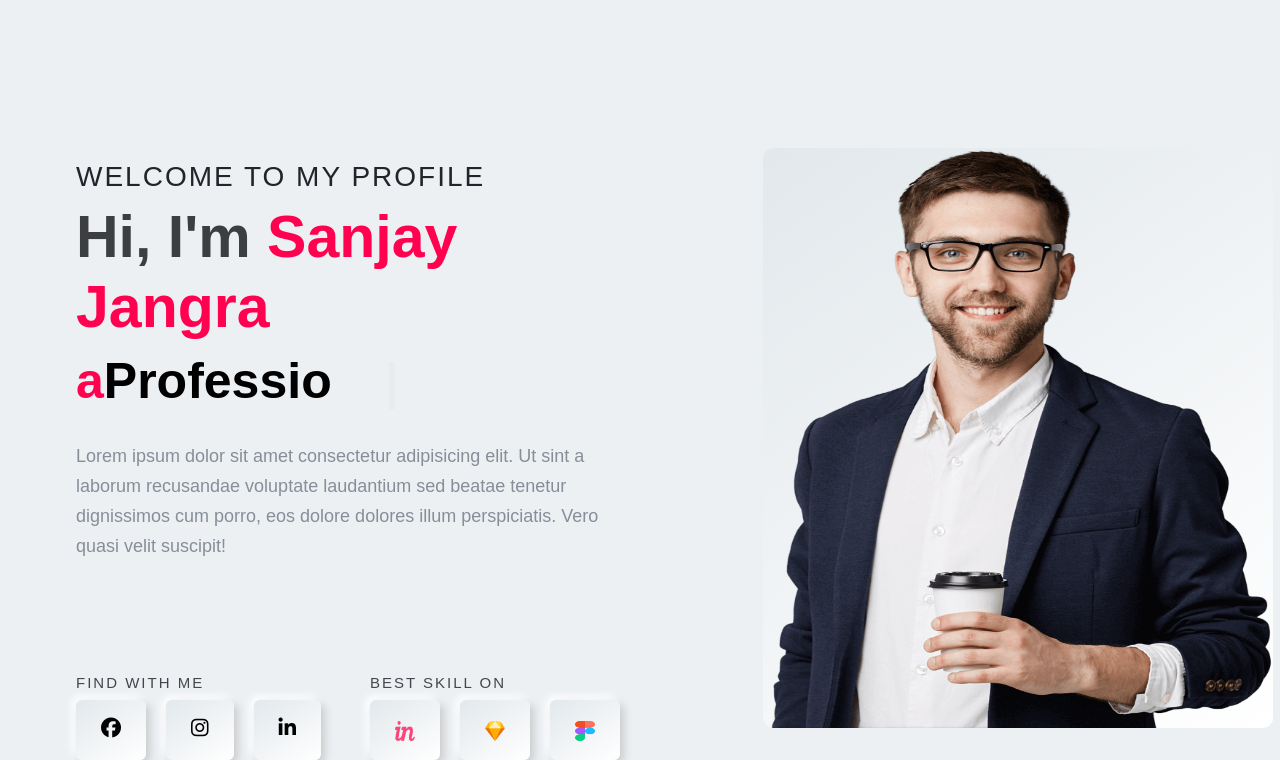
Repository: Sanjayjangra88/PortFolio
Page: /
These files come from the project's save history. The page is drawn as it stood at one moment and after the next save; the edit follows.
The browser window is 1280 px wide. The pictures show the whole page.
Some web libraries are served in a nearby version. The project was rebuilt for these pictures with package versions that can differ from the ones it lists, and the page was loaded fresh each time. Also part of the build but not shown: src/Components/Header/Header.jsx.

Above is the page before, as saved 2022-09-10 21:48:57.

### public/index.html
<!DOCTYPE html>
<html lang="en">
  <head>
    <meta charset="utf-8" />
    <link rel="icon" href="%PUBLIC_URL%/favicon.ico" />
    <meta name="viewport" content="width=device-width, initial-scale=1" />
    <meta name="theme-color" content="#000000" />
    <meta
      name="description"
      content="Web site created using create-react-app"
    />
    <link rel="apple-touch-icon" href="%PUBLIC_URL%/logo192.png" />
    <!--
      manifest.json provides metadata used when your web app is installed on a
      user's mobile device or desktop. See https://developers.google.com/web/fundamentals/web-app-manifest/
    -->
    <link rel="manifest" href="%PUBLIC_URL%/manifest.json" />
    <link rel="stylesheet" href="https://cdnjs.cloudflare.com/ajax/libs/font-awesome/6.1.1/css/all.min.css" integrity="sha512-KfkfwYDsLkIlwQp6LFnl8zNdLGxu9YAA1QvwINks4PhcElQSvqcyVLLD9aMhXd13uQjoXtEKNosOWaZqXgel0g==" crossorigin="anonymous" referrerpolicy="no-referrer" />

    <!--
      Notice the use of %PUBLIC_URL% in the tags above.
      It will be replaced with the URL of the `public` folder during the build.
      Only files inside the `public` folder can be referenced from the HTML.

      Unlike "/favicon.ico" or "favicon.ico", "%PUBLIC_URL%/favicon.ico" will
      work correctly both with client-side routing and a non-root public URL.
      Learn how to configure a non-root public URL by running `npm run build`.
    -->

    <link rel="manifest" href="%PUBLIC_URL%/manifest.json" />
    <link href="https://cdn.jsdelivr.net/npm/bootstrap@5.0.2/dist/css/bootstrap.min.css" rel="stylesheet" integrity="sha384-EVSTQN3/azprG1Anm3QDgpJLIm9Nao0Yz1ztcQTwFspd3yD65VohhpuuCOmLASjC" crossorigin="anonymous">
    <title>React App</title>
  </head>
  <body>
    <noscript>You need to enable JavaScript to run this app.</noscript>
    <div id="root"></div>
    <script src="https://kit.fontawesome.com/7578c5a215.js" crossorigin="anonymous"></script>
    <!--
      This HTML file is a template.
      If you open it directly in the browser, you will see an empty page.

      You can add webfonts, meta tags, or analytics to this file.
      The build step will place the bundled scripts into the <body> tag.

      To begin the development, run `npm start` or `yarn start`.
      To create a production bundle, use `npm run build` or `yarn build`.
    -->

    <script src="https://cdn.jsdelivr.net/npm/@popperjs/core@2.9.2/dist/umd/popper.min.js" integrity="sha384-IQsoLXl5PILFhosVNubq5LC7Qb9DXgDA9i+tQ8Zj3iwWAwPtgFTxbJ8NT4GN1R8p" crossorigin="anonymous"></script>
<script src="https://cdn.jsdelivr.net/npm/bootstrap@5.0.2/dist/js/bootstrap.min.js" integrity="sha384-cVKIPhGWiC2Al4u+LWgxfKTRIcfu0JTxR+EQDz/bgldoEyl4H0zUF0QKbrJ0EcQF" crossorigin="anonymous"></script>
  </body>
</html>

### src/App.js
import React from 'react'
import Header from './Components/Header/Header';
import "./App.css"
import Home from './Components/Home/Home';
const App = () => {
  return (
    <>
      {/* <Header/> */}
      <Home/>
    </>
  )
}

export default App

### src/App.css
@import url('https://fonts.googleapis.com/css2?family=Dancing+Script&family=EB+Garamond:ital,wght@1,500&family=Roboto+Slab:wght@300&display=swap');
* {
  padding: 0;
  margin: 0;
  box-sizing: border-box;
}
html {
  scroll-behavior: smooth;
}
body {
  font-family: "Poppins", sans-serif;
  background-color: #ecf0f3;
}
.container {
  max-width: 95%;
  margin: auto;
}
.d_flex {
  display: flex;
  justify-content: space-between;
}
.f_flex {
  display: flex;
}
a {
  text-decoration: none;
  color: black;
}
li {
  list-style: none;
}
.uppercase {
  text-transform: uppercase;
}
.capitalize {
  text-transform: capitalize;
}

button {
  border: none;
  outline: none;
  background-color: none;
}

.btn_shadow {
  padding: 18px 25px;
  border-radius: 6px;
  transition: 0.3s all ease;
  cursor: pointer;
  color: #000;
  transition: 0.5s;
}
.btn_shadow {
  background: linear-gradient(145deg, #e2e8ec, #ffffff);
  box-shadow: 4px 4px 8px #cbcbcb, -4px -4px 8px #ffffff;
}
.btn_shadow:hover {
  background: #ff014f;
  color: white;
  transform: translateY(-10px);
}
.box_shodow {
  background: linear-gradient(145deg, #e2e8ec, #ffffff);
  box-shadow: 4px 4px 8px #cbcbcb, -4px -4px 8px #ffffff;
  border-radius: 10px;
}
.row,
.left,
.right {
  width: 50%;
}
.top {
  margin-top: 80px;
}
.mtop {
  margin-top: 40px;
}
.heading {
  margin: 50px 0 50px 0;
}
.heading h4 {
  color: #ff014f;
  letter-spacing: 2px;
  font-weight: 400;
}
.heading h1 {
  font-size: 60px;
  color: #3c3e41;
}
h1 {
  color: #3c3e41;
}
.grid {
  display: grid;
  grid-template-columns: repeat(3, 1fr);
  grid-gap: 35px;
}
p {
  color: #3c3e41;
}
.text-center {
  text-align: center;
}
.primary_color {
  color: #ff014f;
}
textarea,
input {
  width: 100%;
  padding: 20px;
  border-radius: 5px;
  outline: none;
  border: 3px solid #e2e8ec;
  margin-bottom: 20px;
}
/*----------Footer---------*/
footer {
  margin: 20% 0 10% 0;
}
footer p {
  margin-top: 30px;
}
/*----------Footer---------*/
@media (max-width: 768px) {
  .grid {
    grid-template-columns: repeat(2, 1fr);
  }
  .left,
  .right {
    width: 100%;
  }
  }

### src/Components/Home/Home.jsx
import React from 'react'
import './home.css'
import hero from '../Pic/hero.png'
import skill1 from '../Pic/skill1.png'
import skill2 from '../Pic/skill2.png'
import skill3 from '../Pic/skill3.png'

import { Typewriter} from 'react-simple-typewriter'

const Home = () => {
  return (
    <>
      <section className='hero'id='home'>
        <div className="container f_flex top">
            <div className="left top">
                <h3>WELCOME TO MY PROFILE</h3>
                <h1>
                    Hi, I'm <span>Sanjay Jangra</span>
                    </h1>
                <h2>
                    a
                    <span>
                    <Typewriter
            words={['Web Developer', 'Professional Coder.']}
            loop
            cursor
            cursorStyle='|'
            typeSpeed={70}
            deleteSpeed={50}
            delaySpeed={1000}

            />
                        </span></h2>
                        <p>
Lorem ipsum dolor sit amet consectetur adipisicing elit. Ut sint a laborum recusandae voluptate laudantium sed beatae tenetur dignissimos cum porro, eos dolore dolores illum perspiciatis. Vero quasi velit suscipit!
                        </p>
                        <div className='hero_btn d_flex'>
                            <div className="col_1">
                                <h4>FIND WITH ME</h4>
                                <div className="button">
                                    <button className='btn_shadow'>
                                        <i className='fab fa-facebook'></i>
                                    </button>
                                    <button className='btn_shadow'>
                                        <i className='fab fa-instagram'></i>
                                    </button>
                                    <button className='btn_shadow'>
                                        <i className='fab fa-linkedin-in'></i>
                                    </button>
                                </div>
                            </div>
                            <div className="col_1">
                                <h4>BEST SKILL ON</h4>
                                <button className='btn_shadow'>
                                        <img src={skill1}alt=''/>
                                    </button>
                                <button className='btn_shadow'>
                                        <img src={skill2}alt=''/>
                                    </button>
                                <button className='btn_shadow'>
                                        <img src={skill3}alt=''/>
                                    </button>
                            </div>
                        </div>
            </div>
            <div className="right">
                <div className="right_img">
                    <img src={hero}alt=''/>
                </div>
            </div>
        </div>
      </section>
    </>
  )
}

export default Home

### src/Components/Header/header.css

*,
*::after,
*::before{
    box-sizing: border-box;
    padding: 0;
    margin: 0;
}

.html{
    font-size: 62.5%;
}

.navbar input[type="checkbox"],
.navbar .hamburger-lines{
    display: none;
}

.container{
    max-width: 1200px;
    width: 90%;
    margin: auto;
}

.navbar{
    box-shadow: 0px 5px 10px 0px #aaa;
    position: fixed;
    width: 100%;
    background: #FAA7B8;
    color: #000;
    opacity: 0.85;
    z-index: 100;
}

.navbar-container{
    display: flex;
    justify-content: space-between;
    height: 64px;
    align-items: center;
}

.menu-items{
    margin-top: 15px;
    order: 2;
    display: flex;
}
.logo{
    order: 1;
    font-size: 2.3rem;
    margin-bottom: 5px;
}

.menu-items li{
    list-style: none;
    margin-left: 1.5rem;
    font-size: 1.3rem;
}

.navbar a{
    color: #444;
    text-decoration: none;
    font-weight: 500;
    transition: color 0.3s ease-in-out;
}

.navbar a:hover{
    color: #117964;
}
.home-btn:hover {
  background: #ff014f;
  color: white;
}


.home-btn {
  padding: 18px 25px;
  height: 1vh;
  line-height: 1vh;
  font-size: 13px;
  border-radius: 6px;
  transition: 0.3s all ease;
  cursor: pointer;
  height: fit-content;
  color: #ff014f;

}
.home-btn {
  background: linear-gradient(145deg, #e2e8ec, #ffffff);
  box-shadow: 4px 4px 8px #cbcbcb, -4px -4px 8px #ffffff;
}
navbar {
  transition: 0.5s;
  font-size: 13px;
  font-weight: 500;
  letter-spacing: 2px;
}





@media (max-width: 900px){
    .navbar{
        opacity: 0.95;
    }

    .navbar-container input[type="checkbox"],
    .navbar-container .hamburger-lines{
        display: block;
    }

    .navbar-container{
        display: block;
        position: relative;
        height: 64px;
    }

    .navbar-container input[type="checkbox"]{
        position: absolute;
        display: block;
        height: 32px;
        width: 30px;
        top: 20px;
        left: 20px;
        z-index: 5;
        opacity: 0;
        cursor: pointer;
    }

    .navbar-container .hamburger-lines{
        display: block;
        height: 28px;
        width: 35px;
        position: absolute;
        top: 20px;
        left: 20px;
        z-index: 2;
        display: flex;
        flex-direction: column;
        justify-content: space-between;
    }

    .navbar-container .hamburger-lines .line{
        display: block;
        height: 4px;
        width: 100%;
        border-radius: 10px;
        background: #333;
    }

    .navbar-container .hamburger-lines .line1{
        transform-origin: 0% 0%;
        transition: transform 0.3s ease-in-out;
    }

    .navbar-container .hamburger-lines .line2{
        transition: transform 0.2s ease-in-out;
    }

    .navbar-container .hamburger-lines .line3{
        transform-origin: 0% 100%;
        transition: transform 0.3s ease-in-out;
    }

    .navbar .menu-items{
        padding-top: 100px;
        background: #fff;
        height: 100vh;
        max-width: 300px;
        transform: translate(-150%);
        display: flex;
        flex-direction: column;
        margin-left: -40px;
        padding-left: 40px;
        transition: transform 0.5s ease-in-out;
        box-shadow:  5px 0px 10px 0px #aaa;
        overflow: scroll;
    }

    .navbar .menu-items li{
        margin-bottom: 1.8rem;
        font-size: 1.1rem;
        font-weight: 500;
    }

    .logo{
        position: absolute;
        top: 10px;
        right: 15px;
        font-size: 2.5rem;

    }

    .navbar-container input[type="checkbox"]:checked ~ .menu-items{
        transform: translateX(0);
    }

    .navbar-container input[type="checkbox"]:checked ~ .hamburger-lines .line1{
        transform: rotate(45deg);
    }

    .navbar-container input[type="checkbox"]:checked ~ .hamburger-lines .line2{
        transform: scaleY(0);
    }

    .navbar-container input[type="checkbox"]:checked ~ .hamburger-lines .line3{
        transform: rotate(-45deg);
    }
    .home-btn:hover {
      background: #ff014f;
      color: white;

    }


    .home-btn {
      padding: 18px 25px;
      height: 1vh;
      line-height: 1vh;
      font-size: 13px;
      border-radius: 6px;
      transition: 0.3s all ease;
      cursor: pointer;
      height: fit-content;
      color: #ff014f;
      margin-right: 25px;

    }
    .home-btn {
      background: linear-gradient(145deg, #e2e8ec, #ffffff);
      box-shadow: 4px 4px 8px #cbcbcb, -4px -4px 8px #ffffff;
    }

}

@media (max-width: 500px){
    .navbar-container input[type="checkbox"]:checked ~ .logo{
        display: none;
    }
}
.demo{
  height: 300vh;
}

### src/Components/Home/home.css
.hero{
    position: relative;

}
.hero h3{
    font-weight: 100;
    letter-spacing: 2px;
}
.hero h1{
    font-size: 59px;
    font-weight: bold;
}
.hero h1 span{
    color: #ff014f;
}
.hero h2{
    font-size: 50px;
    font-weight: bold;
    color: #ff014f;
}
.hero h2 span{
    color: black;
    margin-right: 50px;
}
.hero p{
    color:#878e99;
    font-size: 18px;
    line-height: 30px;
    margin-top: 30px;
}
.hero_btn{
    margin-top: 20%;
}
/* .hero_btn{
    <element class="hero_btn">
    Selector Specificity:(0,1,0)
} */

.hero_btn h4{
    font-weight: 500;
    letter-spacing: 2px;
    color: #43474b;
    font-size: 15px;
    margin: 30pz 0 30px 0;

}
.hero_btn button{
    margin-right: 20px;
}
.hero_btn i{
    font-size: 20px;
}
.hero_btn button img{
    width: 20px;
    height: 20px;
   }
   .hero .left{
    margin-right: 10px;
   }
.hero .right{
    width: 40%;
    position: relative;
    }
.hero .right img{
    background: linear-gradient(145deg ,#e2e8ec , #ffffff);
    box-shadow: 4px 4px 8px #cbcbcb .4ox -4px 8px #ffffff;
    border-radius: 10px;
    height: 580px;
    width: 510px;
    margin-top: 15%;
    margin-left: 25%;

}
.hero .right_img img{
    position: absolute;
    top: 0;
    width: 510px;

}

Loaded but not shown: src/index.js (common file); src/index.css (common file); src/reportWebVitals.js (common file)

After the next save:
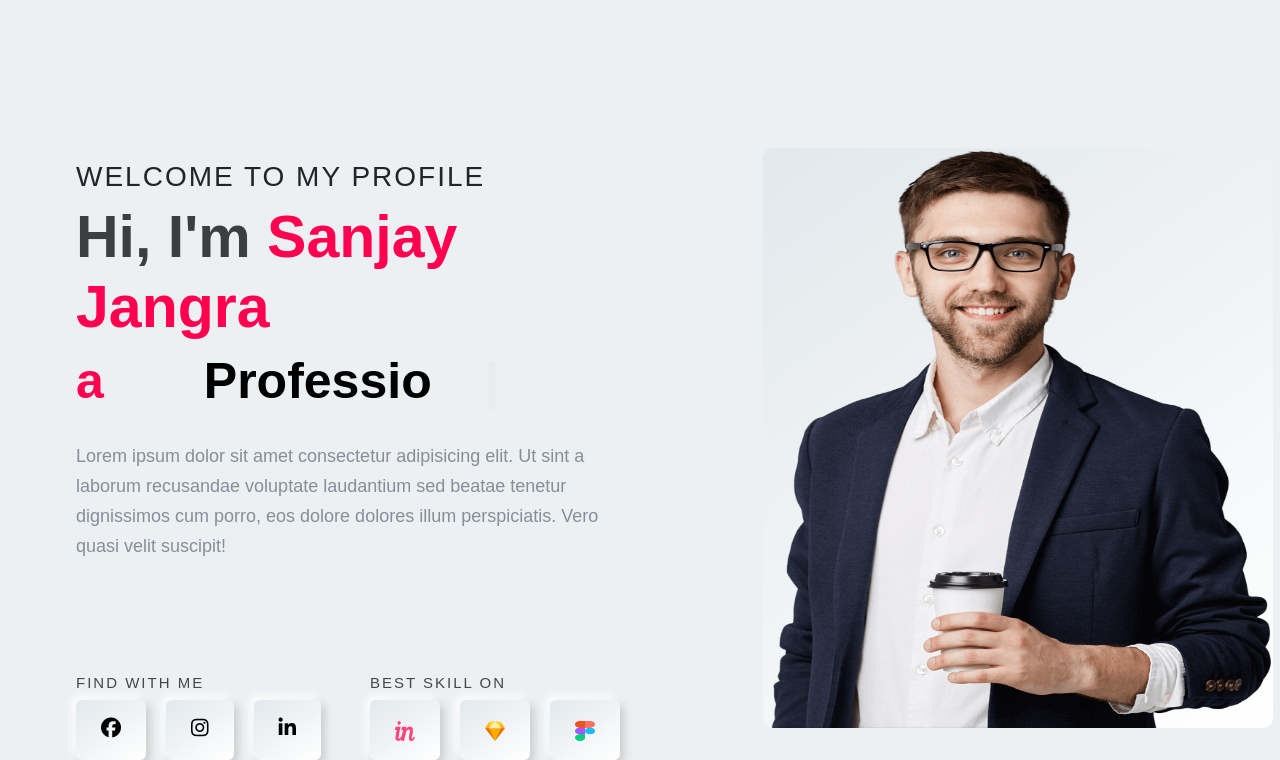
Saved 22 s later.
--- a/src/Components/Home/home.css
+++ b/src/Components/Home/home.css
@@ -20,7 +20,7 @@
 }
 .hero h2 span{
     color: black;
-    margin-right: 50px;
+    margin-left: 50px;
 }
 .hero p{
     color:#878e99;
